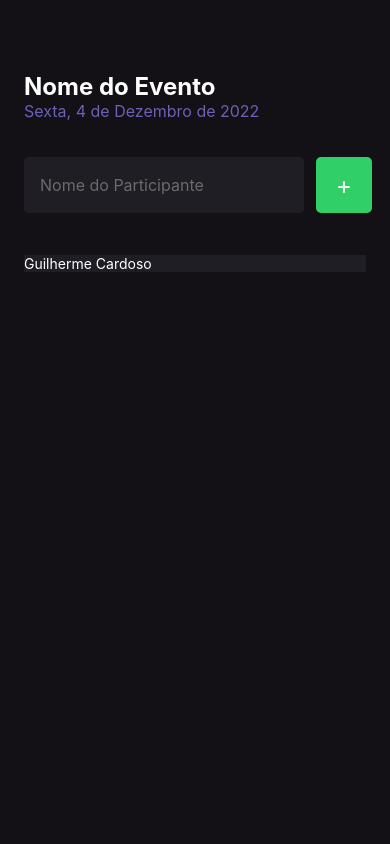
Repository: guilhermecardoso93/reactNative-ignite-imhere
Screen: /
An editor plug-in stored every save of this project. The screen is shown before and after the next save, followed by the edit.
The app was drawn by React Native's web renderer in a window 390 px wide. The project was rebuilt for these pictures with package versions that can differ from the ones it lists, and the page was loaded fresh each time.

Above is the screen before, as saved 2022-10-02 20:15:55.

After the next save:
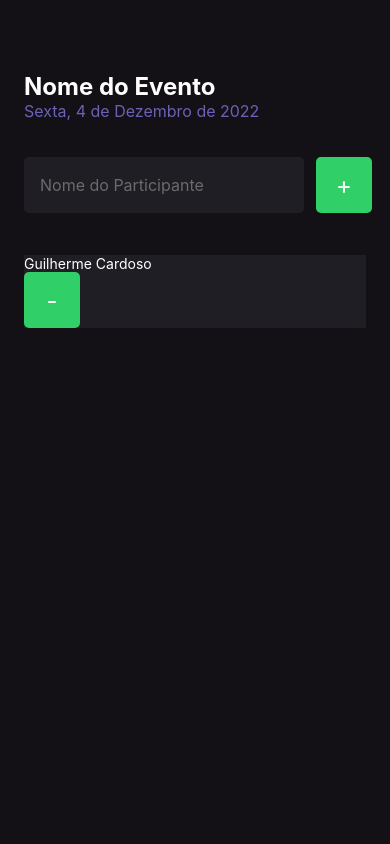
Saved 2 s later.
--- a/src/components/Participant/index.tsx
+++ b/src/components/Participant/index.tsx
@@ -1,12 +1,19 @@
-import { Text, View } from "react-native";
+import { Text, TouchableOpacity, View } from "react-native";
 
 
 import { styles } from "./styles";
 
 export function Participant(){
+function handleRemoveParticipant(){
+  console.log('Remove')
+}
+
   return (
     <View style={styles.container}>
       <Text style={styles.name}>Guilherme Cardoso</Text>
+      <TouchableOpacity style={styles.button} onPress={handleRemoveParticipant}>
+          <Text style={styles.buttonText}>-</Text>
+        </TouchableOpacity>
     </View>
   )
 }
